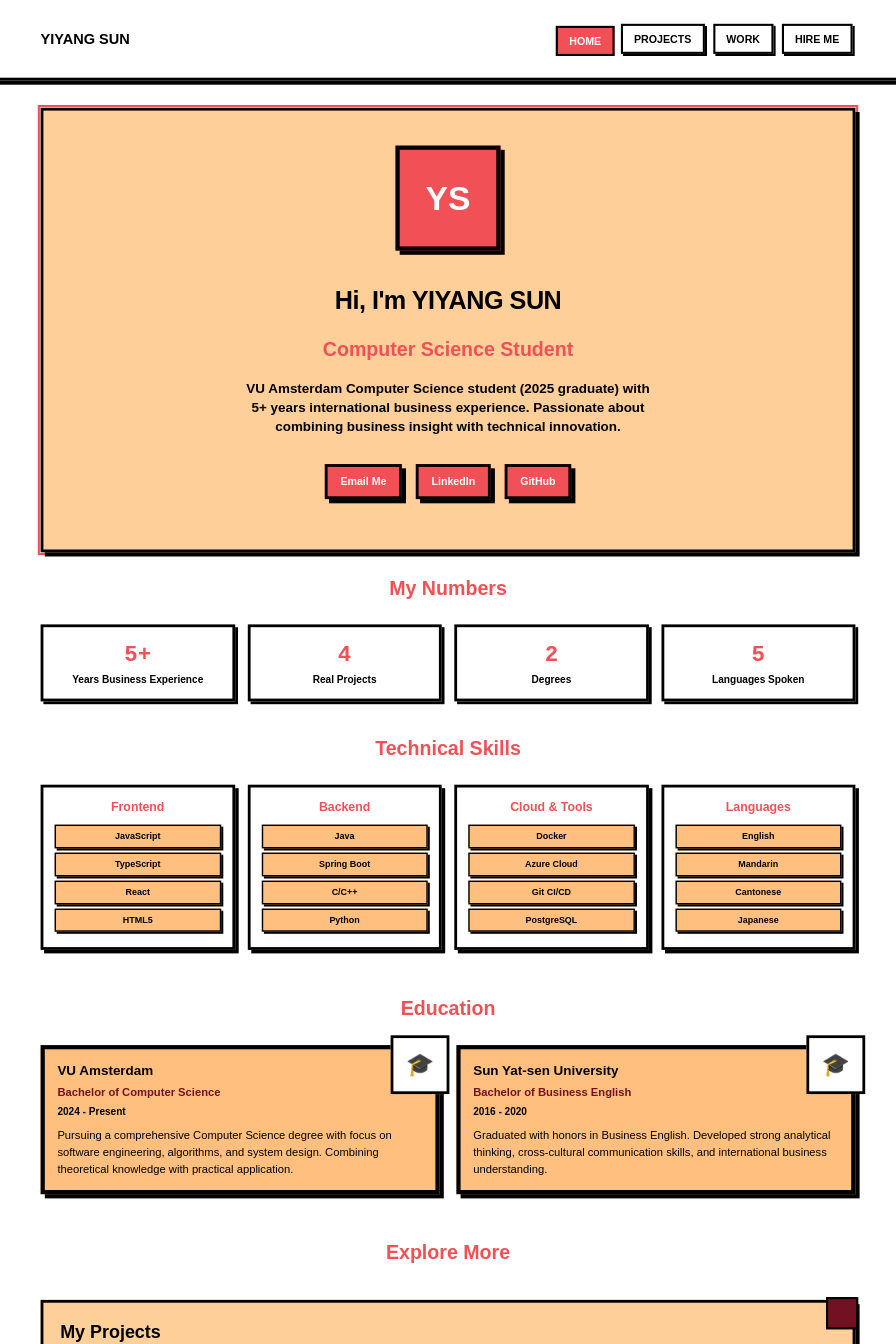
Repository: miloyiyangsun/yiyangsun.github.io
Page: .superdesign/design_iterations/yiyang_home_v2.html
The author's editor kept a copy of each file at every save. The page is drawn from the files as they stood at one save, then again after the next save.
The browser window is 1280 px wide. The pictures show the part of the page from y = 0 to 1920 px (the page is 2610 px tall), at 70% of full size.

Above is the page before, as saved 2025-09-03 18:09:25.

After the next save:
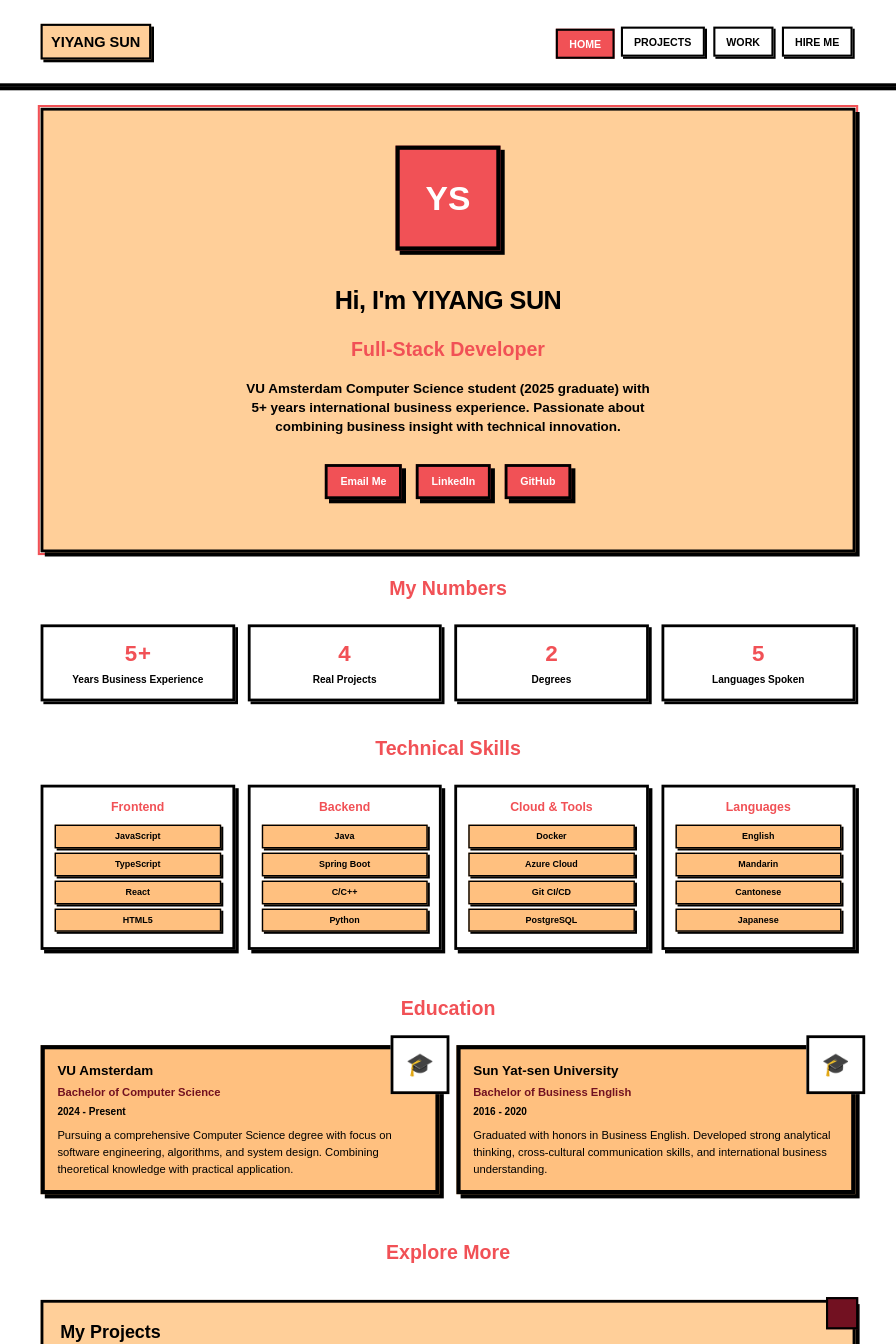
Saved 111 s later.
--- a/.superdesign/design_iterations/yiyang_home_v2.html
+++ b/.superdesign/design_iterations/yiyang_home_v2.html
@@ -32,6 +32,15 @@
         .nav-links {
             display: flex;
             gap: 4px;
+        }
+
+        /* Navigation Brand - Brutalist */
+        .nav-brand {
+            background: #FFCF99;
+            border: 3px solid #000000;
+            padding: 8px 12px;
+            box-shadow: 4px 4px 0 #000000;
+            font-weight: 900;
         }
 
         /* Hero Avatar - Brutalist */
@@ -259,7 +268,7 @@
     <!-- Brutalist Navigation -->
     <nav class="brutalist-nav">
         <div class="main-container">
-            <strong style="font-size: 1.3rem;">YIYANG SUN</strong>
+            <strong class="nav-brand" style="font-size: 1.3rem;">YIYANG SUN</strong>
             <div class="nav-links">
                 <a href="yiyang_home_v2.html" class="brutalist-nav-item active">HOME</a>
                 <a href="yiyang_projects_v2.html" class="brutalist-nav-item">PROJECTS</a>
@@ -279,7 +288,7 @@
                 </div>
 
                 <h1 class="title-huge" style="margin: 24px 0;">Hi, I'm YIYANG SUN</h1>
-                <h2 class="title-large" style="margin: 16px 0;">Computer Science Student</h2>
+                <h2 class="title-large" style="margin: 16px 0;">Full-Stack Developer</h2>
 
                 <p style="font-size: 1.2rem; max-width: 600px; margin: 24px auto; font-weight: 700;">
                     VU Amsterdam Computer Science student (2025 graduate) with 5+ years international business experience.
